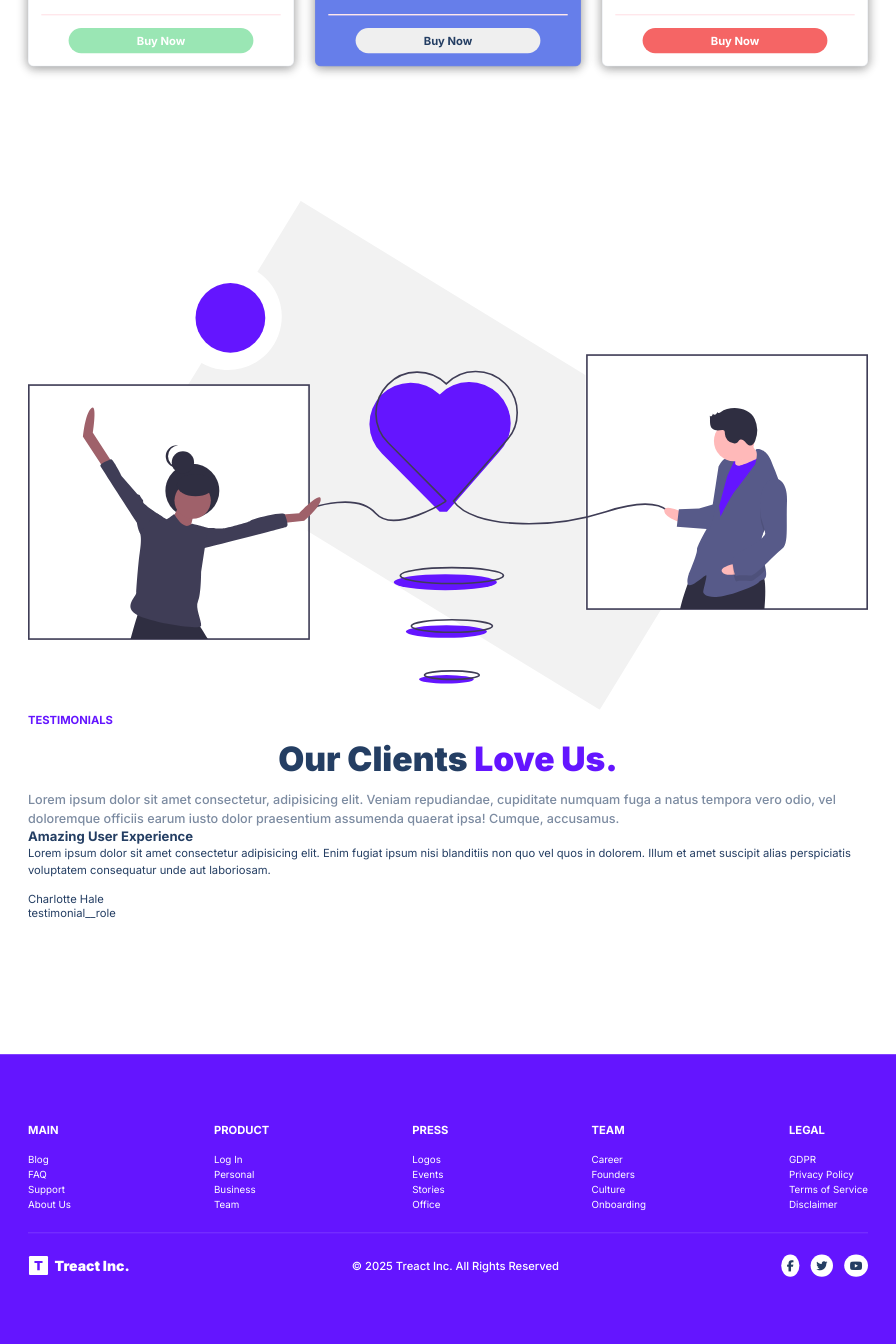
Repository: avivanguyen/m2_fianlProject
Page: index.html
These files come from the project's save history. The page is drawn as it stood at one moment and after the next save; the edit follows.
The browser window is 1280 px wide. The pictures show the part of the page from y = 4390 to 6310 px (the page is 6310 px tall before and 6290 px after), at 70% of full size.
Some web libraries are served in a nearby version.

Above is the page before, as saved 2025-12-11 11:24:21.

After the next save:
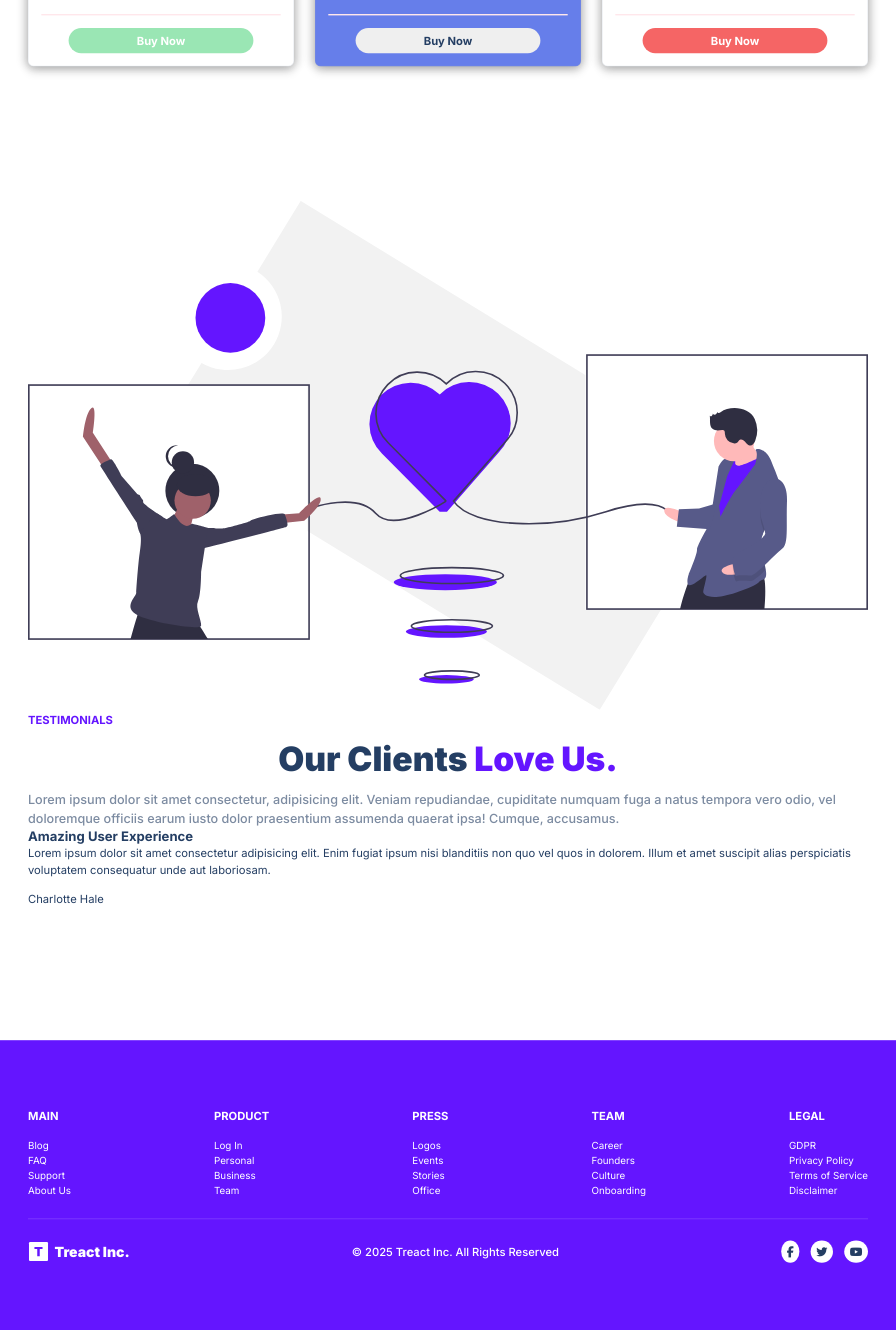
Saved 8 s later.
--- a/index.html
+++ b/index.html
@@ -332,7 +332,7 @@
                                     <img src="" class="testimonial__img" alt="">
                                     <div class="testimonial__details">
                                         <div class="testimonial__name">Charlotte Hale</div>
-                                        testimonial__role
+                                        <div class="testimonial__role"></div>
                                     </div>
                                </div>
                             </div>
